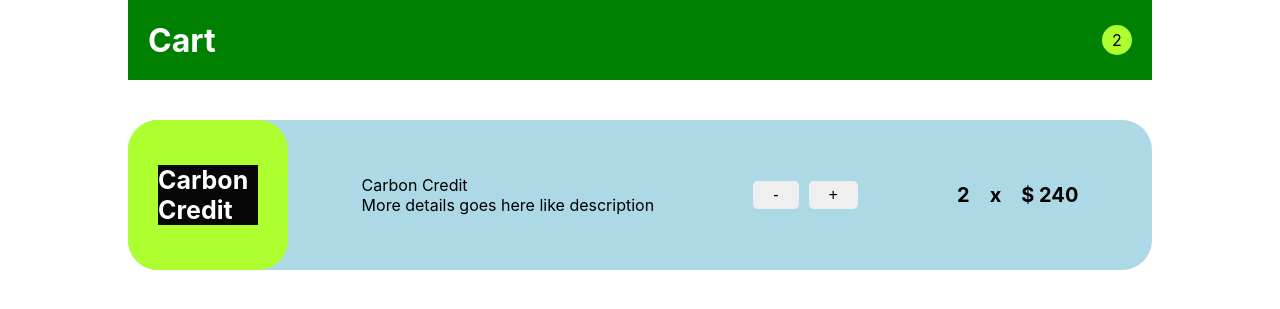
Repository: Yowani24/CarbonApp
Page: /cart
An editor plug-in stored every save of this project. The page is shown before and after the next save, followed by the edit.
The browser window is 1280 px wide. The pictures show the whole page.
The project was rebuilt for these pictures with package versions that can differ from the ones it lists, and the page was loaded fresh each time. The framework's server and built-in components were replaced by stand-ins that run in the browser. Also part of the build but not shown: next.config.js.

Above is the page before, as saved 2021-09-26 20:48:03.

After the next save:
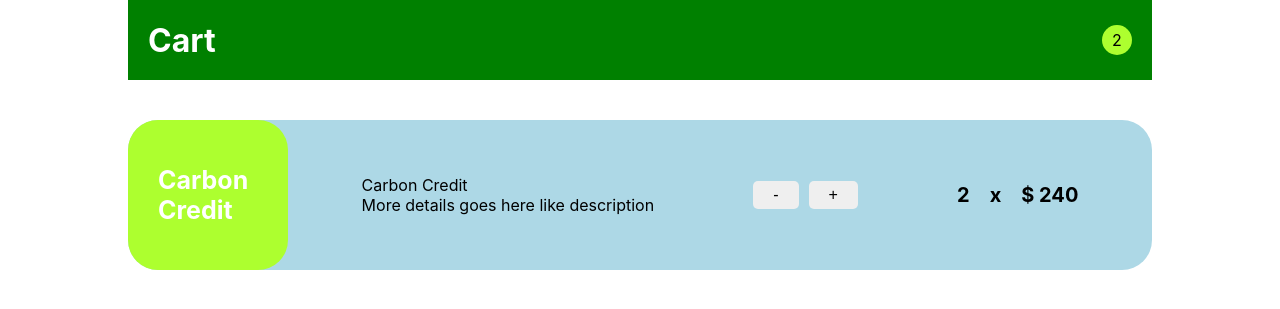
Saved 14 s later.
--- a/pages/cart/Cart.module.css
+++ b/pages/cart/Cart.module.css
@@ -49,7 +49,6 @@
 }
 .box h3{
     font-size: 25px;
-    background: rgb(8, 7, 7);
     width: 100px;
 }
 .product_details{
